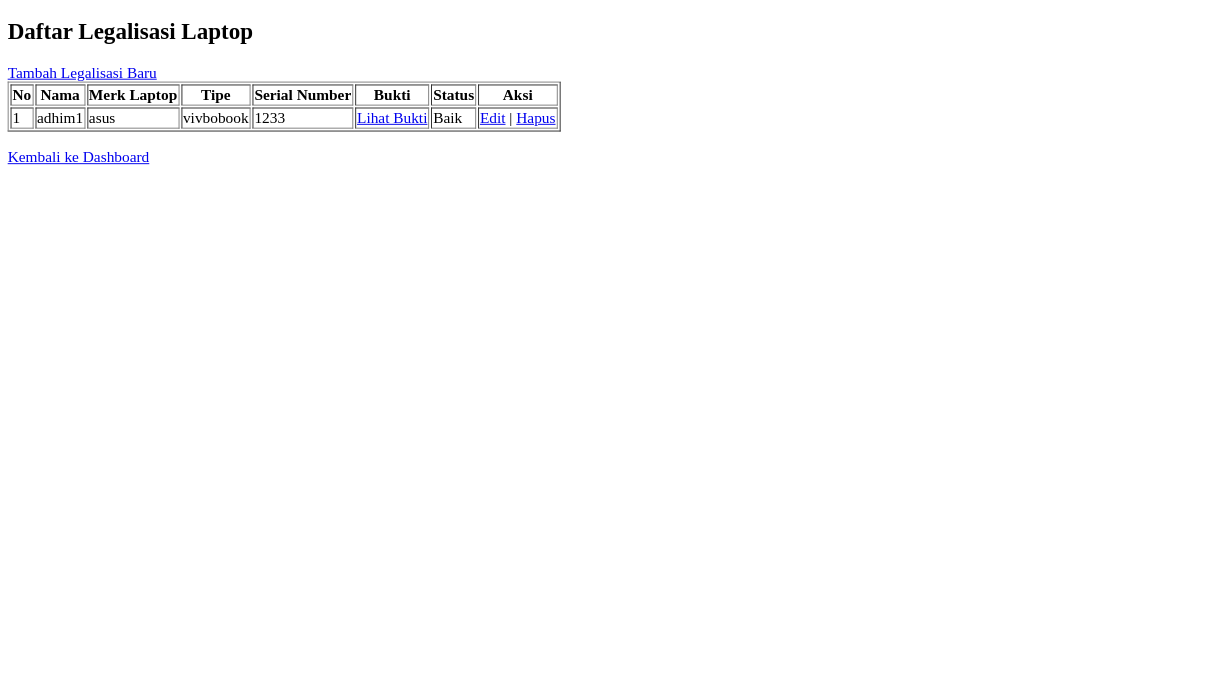
Repository: fatkquladhim/multimedia_app
Page: http://localhost/admin/legalisasi laptop/legalisasi_list.php
The author's editor kept a copy of each file at every save. The page is drawn from the files as they stood at one save, then again after the next save.
The browser window is 1280 px wide. The pictures show the whole page, at 96% of full size.
Some web libraries are served in a nearby version. The page is run by PHP 8.4 with error messages shown; the project is at /var/www/html/. The session is filled in as if someone had signed in: {"user_id": 2, "username": "asep", "role": "admin"}. Other server files are loaded and not shown. The database holds what the project's SQL file puts in it.

Above is the page before, as saved 2025-07-18 23:00:13.

### admin/legalisasi laptop/legalisasi_list.php
<?php
session_start();
if (!isset($_SESSION['user_id']) || $_SESSION['role'] !== 'admin') {
    header('Location: ../../auth/login.php');
    exit;
}

require_once '../../includes/db_config.php';
$conn = new mysqli(DB_HOST, DB_USER, DB_PASS, DB_NAME);

// Ambil daftar legalisasi
$query = "SELECT l.*, a.nama
          FROM legalisasi_laptop l
          LEFT JOIN anggota a ON l.id_anggota = a.id
          ORDER BY l.id DESC";
$result = $conn->query($query);
?>

<!DOCTYPE html>
<html>
<head>
    <title>Daftar Legalisasi Laptop</title>
</head>
<body>
    <h2>Daftar Legalisasi Laptop</h2>

    <a href="legalisasi_create.php" class="btn-tambah">Tambah Legalisasi Baru</a>

    <?php
    if (isset($_GET['status']) && isset($_GET['message'])) {
        echo "<div class='alert'>" . htmlspecialchars($_GET['message']) . "</div>";
    }
    ?>

    <table border="1">
        <thead>
            <tr>
                <th>No</th>
                <th>Nama</th>
                <th>Merk Laptop</th>
                <th>Tipe</th>
                <th>Serial Number</th>
                <th>Bukti</th>
                <th>Status</th>
                <th>Aksi</th>
            </tr>
        </thead>
        <tbody>
            <?php
            $no = 1;
            while($row = $result->fetch_assoc()):
            ?>
            <tr>
                <td><?php echo $no++; ?></td>
                <td><?php echo htmlspecialchars($row['nama']); ?></td>
                <td><?php echo htmlspecialchars($row['merk']); ?></td>
                <td><?php echo htmlspecialchars($row['tipe']); ?></td>
                <td><?php echo htmlspecialchars($row['serial_number']); ?></td>
                <td>
                    <?php if($row['file_bukti']): ?>
                        <a href="../../uploads/legalisasi/<?php echo $row['file_bukti']; ?>" target="_blank">
                            Lihat Bukti
                        </a>
                    <?php else: ?>
                        Tidak ada bukti
                    <?php endif; ?>
                </td>
                <td><?php echo htmlspecialchars($row['status']); ?></td>
                <td>
                    <a href="legalisasi_edit.php?id=<?php echo $row['id']; ?>">Edit</a> |
                    <a href="legalisasi_hapus.php?id=<?php echo $row['id']; ?>" onclick="return confirm('Yakin ingin menghapus legalisasi ini?')">Hapus</a>
                </td>
            </tr>
            <?php endwhile; ?>
        </tbody>
    </table>

    <br>
    <a href="../dashboard.php">Kembali ke Dashboard</a>
</body>
</html>

<?php $conn->close(); ?>

### includes/db_config.php
<?php
// Konfigurasi database
define('DB_HOST', 'localhost');
define('DB_USER', 'root'); // ganti jika user database Anda berbeda
define('DB_PASS', '');     // ganti jika ada password database
define('DB_NAME', 'db_multimedia'); // nama database
?>

### db_multimedia (2).sql (the tables this page reads)
CREATE TABLE `anggota` (
  `id` int(11) NOT NULL,
  `nama` varchar(255) NOT NULL,
  `foto` varchar(255) NOT NULL,
  `alamat` text NOT NULL,
  `email` varchar(255) NOT NULL,
  `no_hp` varchar(15) NOT NULL,
  `id_user` int(11) NOT NULL
) ENGINE=InnoDB DEFAULT CHARSET=utf8mb4 COLLATE=utf8mb4_general_ci;

INSERT INTO `anggota` (`id`, `nama`, `foto`, `alamat`, `email`, `no_hp`, `id_user`) VALUES
(21, 'adhim1', 'Feed IG Zapen (Harlah).jpg', 'maloang', 'fatquladhim@gmail.com', '8925489', 21);

ALTER TABLE `anggota`
  ADD PRIMARY KEY (`id`),
  ADD KEY `id_user` (`id_user`);

ALTER TABLE `anggota`
  MODIFY `id` int(11) NOT NULL AUTO_INCREMENT, AUTO_INCREMENT=23;

ALTER TABLE `anggota`
  ADD CONSTRAINT `anggota_ibfk_1` FOREIGN KEY (`id_user`) REFERENCES `users` (`id`) ON DELETE CASCADE;

CREATE TABLE `legalisasi_laptop` (
  `id` int(11) NOT NULL,
  `id_anggota` int(11) NOT NULL,
  `merk` varchar(100) NOT NULL,
  `tipe` varchar(100) NOT NULL,
  `serial_number` varchar(100) NOT NULL,
  `status` enum('Baik','Rusak','Perlu Perbaikan') NOT NULL,
  `file_bukti` varchar(255) DEFAULT NULL,
  `created_at` timestamp NOT NULL DEFAULT current_timestamp(),
  `updated_at` timestamp NOT NULL DEFAULT current_timestamp() ON UPDATE current_timestamp()
) ENGINE=InnoDB DEFAULT CHARSET=utf8mb4 COLLATE=utf8mb4_general_ci;

INSERT INTO `legalisasi_laptop` (`id`, `id_anggota`, `merk`, `tipe`, `serial_number`, `status`, `file_bukti`, `created_at`, `updated_at`) VALUES
(1, 21, 'asus', 'vivbobook', '1233', 'Baik', '68751c74803cd.png', '2025-07-14 15:04:20', '2025-07-14 15:56:16');

ALTER TABLE `legalisasi_laptop`
  ADD PRIMARY KEY (`id`),
  ADD UNIQUE KEY `serial_number` (`serial_number`),
  ADD KEY `id_anggota` (`id_anggota`);

ALTER TABLE `legalisasi_laptop`
  MODIFY `id` int(11) NOT NULL AUTO_INCREMENT, AUTO_INCREMENT=4;

ALTER TABLE `legalisasi_laptop`
  ADD CONSTRAINT `legalisasi_laptop_ibfk_1` FOREIGN KEY (`id_anggota`) REFERENCES `anggota` (`id`) ON DELETE CASCADE ON UPDATE CASCADE;

### admin/header.php
    <?php
    // includes/header.php
    // Pastikan session sudah dimulai di file yang meng-include ini
    ?>
    <!DOCTYPE html>
    <html lang="en">
    <head>
        <meta charset="UTF-8">
        <meta name="viewport" content="width=device-width, initial-scale=1.0">
        <title>Admin Dashboard</title> <!-- Sesuaikan judul per halaman -->
        <script src="https://cdn.tailwindcss.com"></script>
        <link href="https://cdnjs.cloudflare.com/ajax/libs/font-awesome/6.0.0/css/all.min.css" rel="stylesheet">
        <script>
            tailwind.config = {
                darkMode: 'class',
                theme: {
                    extend: {
                        colors: {
                            'light-blue': {
                                50: '#f0f9ff',
                                100: '#e0f2fe',
                                200: '#bae6fd',
                                300: '#7dd3fc',
                                400: '#38bdf8',
                                500: '#0ea5e9',
                                600: '#0284c7',
                                700: '#0369a1',
                                800: '#075985',
                                900: '#0c4a6e'
                            }
                        }
                    }
                }
            }
        </script>
        <style>
            /* Styles from dashboard.php */
            .sidebar {
                transition: all 0.4s cubic-bezier(0.4, 0, 0.2, 1);
            }
            .main-content-area {
                transition: all 0.4s cubic-bezier(0.4, 0, 0.2, 1);
            }
            .sidebar-nav-item {
                transition: all 0.3s ease-in-out;
            }
            .dark-mode-transition {
                transition: background-color 0.3s ease, color 0.3s ease;
            }
            .gradient-bg {
                background: linear-gradient(135deg, #e0f2fe 0%, #bae6fd 100%);
            }
            .dark .gradient-bg {
                background: linear-gradient(135deg, #1e293b 0%, #334155 100%);
            }
            .glass-effect {
                backdrop-filter: blur(10px);
                background: rgba(255, 255, 255, 0.9);
            }
            .dark .glass-effect {
                background: rgba(30, 41, 59, 0.9);
            }
            .hover-scale {
                transition: transform 0.2s ease;
            }
            .hover-scale:hover {
                transform: scale(1.02);
            }
            .animate-fade-in {
                animation: fadeIn 0.5s ease-in-out;
            }
            @keyframes fadeIn {
                from {
                    opacity: 0;
                    transform: translateY(10px);
                }
                to {
                    opacity: 1;
                    transform: translateY(0);
                }
            }
            .mobile-menu {
                transform: translateX(-100%);
                transition: transform 0.3s ease;
            }
            .mobile-menu.active {
                transform: translateX(0);
            }
            @media (max-width: 768px) {
                .sidebar {
                    position: fixed;
                    top: 0;
                    left: 0;
                    height: 100vh;
                    z-index: 50;
                    transform: translateX(-100%);
                }
                .sidebar.active {
                    transform: translateX(0);
                }
                .sidebar-overlay {
                    position: fixed;
                    top: 0;
                    left: 0;
                    width: 100%;
                    height: 100%;
                    background: rgba(0, 0, 0, 0.5);
                    z-index: 40;
                    opacity: 0;
                    visibility: hidden;
                    transition: all 0.3s ease;
                }
                .sidebar-overlay.active {
                    opacity: 1;
                    visibility: visible;
                }
            }
            /* Specific styles for forms/tables if needed */
            table { width: 100%; border-collapse: collapse; margin-top: 20px; }
            th, td { padding: 8px; border: 1px solid #ddd; text-align: left; }
            th { background-color: #f2f2f2; }
            .alert { padding: 10px; margin-bottom: 15px; border-radius: 4px; }
            .alert-success { background-color: #d4edda; color: #155724; border: 1px solid #c3e6cb; }
            .alert-error, .alert-danger { background-color: #f8d7da; color: #721c24; border: 1px solid #f5c6cb; }
            .form-group { margin-bottom: 10px; }
            input[type="text"], input[type="email"], input[type="password"], input[type="number"], input[type="date"], input[type="time"], select, textarea {
                width: 100%; max-width: 300px; padding: 8px; border: 1px solid #ccc; border-radius: 4px; box-sizing: border-box;
            }
            button { padding: 10px 15px; background-color: #0ea5e9; color: white; border: none; border-radius: 4px; cursor: pointer; }
            button:hover { background-color: #0284c7; }
            a { text-decoration: none; color: #007bff; }
            a:hover { text-decoration: underline; }
        </style>
    </head>
    <body class="gradient-bg dark-mode-transition">
        <div id="sidebarOverlay" class="sidebar-overlay md:hidden"></div>
        <div class="min-h-screen flex">
            <!-- Sidebar -->
            <?php include 'sidebar.php'; ?>
            <!-- Main Content Area -->
            <div id="mainContentArea" class="flex-1 flex flex-col main-content-area">
                <!-- Header -->
                <header class="bg-white dark:bg-slate-800 shadow-sm p-4 md:p-6 glass-effect">
                    <div class="flex items-center justify-between">
                        <div class="flex items-center space-x-4">
                            <button id="mobileMenuToggle" class="md:hidden p-2 text-gray-600 dark:text-gray-300 hover:text-gray-800 dark:hover:text-white focus:outline-none">
                                <i class="fas fa-bars text-xl"></i>
                            </button>
                            <button id="sidebarToggle" class="hidden md:block p-2 text-gray-600 dark:text-gray-300 hover:text-gray-800 dark:hover:text-white focus:outline-none">
                                <i class="fas fa-bars text-xl"></i>
                            </button>
                            <div class="hidden md:block">
                                <h1 class="text-xl md:text-2xl font-bold text-gray-800 dark:text-white">
                                    <?php echo basename($_SERVER['PHP_SELF'], '.php'); ?> <!-- Dynamic title -->
                                </h1>
                            </div>
                        </div>
                        <div class="flex items-center space-x-2 md:space-x-4">
                            <button id="darkModeToggle" class="p-2 text-gray-600 dark:text-gray-300 hover:text-gray-800 dark:hover:text-white focus:outline-none">
                                <i class="fas fa-moon text-xl dark:hidden"></i>
                                <i class="fas fa-sun text-xl hidden dark:block"></i>
                            </button>
                            <button class="p-2 text-gray-600 dark:text-gray-300 hover:text-gray-800 dark:hover:text-white">
                                <i class="fas fa-bell text-xl"></i>
                            </button>
                            <div class="w-8 h-8 md:w-10 md:h-10 bg-light-blue-300 rounded-full overflow-hidden">
                                <img src="https://via.placeholder.com/40x40" alt="Profile" class="w-full h-full object-cover">
                            </div>
                        </div>
                    </div>
                </header>
                <main class="flex-1 p-4 md:p-6">

### admin/sidebar.php
    <?php
    // includes/sidebar.php
    // Pastikan session sudah dimulai di file yang meng-include ini
    // if (!isset($_SESSION['user_id']) || $_SESSION['role'] !== 'admin') {
    //     header('Location: ../auth/login.php');
    //     exit;
    // }
    ?>
    <div id="sidebar" class="w-64 bg-white dark:bg-slate-800 shadow-xl flex-shrink-0 sidebar transition-all duration-300 overflow-hidden glass-effect">
        <div class="p-4 flex items-center justify-between border-b border-light-blue-100 dark:border-slate-700">
            <div class="flex items-center space-x-3">
                <div class="w-10 h-10 bg-light-blue-500 rounded-lg flex items-center justify-center">
                    <i class="fas fa-home text-white text-xl"></i>
                </div>
                <h1 class="text-xl font-bold text-gray-800 dark:text-white">Multimedia</h1>
            </div>
            <button id="closeSidebar" class="md:hidden p-2 text-gray-500 hover:text-gray-700 dark:text-gray-400 dark:hover:text-gray-200">
                <i class="fas fa-times"></i>
            </button>
        </div>

        <nav class="mt-6 px-4">
            <div class="space-y-2">
                <a href="../dashboard.php" class="flex items-center px-4 py-3 text-light-blue-600 bg-light-blue-50 dark:bg-light-blue-900 dark:text-light-blue-300 rounded-lg sidebar-nav-item hover-scale">
                    <i class="fas fa-tachometer-alt w-5 h-5 mr-3"></i>
                    <span class="font-medium">Dashboard</span>
                </a>

                <a href="../anggota/anggota.php" class="flex items-center px-4 py-3 text-gray-600 dark:text-gray-300 hover:text-light-blue-600 dark:hover:text-light-blue-400 hover:bg-light-blue-50 dark:hover:bg-slate-700 rounded-lg sidebar-nav-item hover-scale">
                    <i class="fas fa-users w-5 h-5 mr-3"></i>
                    <span class="font-medium">Manajemen Anggota</span>
                </a>

                <a href="../daftar alat/daftar-alat.php" class="flex items-center px-4 py-3 text-gray-600 dark:text-gray-300 hover:text-light-blue-600 dark:hover:text-light-blue-400 hover:bg-light-blue-50 dark:hover:bg-slate-700 rounded-lg sidebar-nav-item hover-scale">
                    <i class="fas fa-tools w-5 h-5 mr-3"></i>
                    <span class="font-medium">Manajemen Alat</span>
                </a>

                <a href="../peminjaman/peminjaman-barang.php" class="flex items-center px-4 py-3 text-gray-600 dark:text-gray-300 hover:text-light-blue-600 dark:hover:text-light-blue-400 hover:bg-light-blue-50 dark:hover:bg-slate-700 rounded-lg sidebar-nav-item hover-scale">
                    <i class="fas fa-handshake w-5 h-5 mr-3"></i>
                    <span class="font-medium">Peminjaman Barang</span>
                </a>

                <a href="../penyewaan/penyewaan-barang.php" class="flex items-center px-4 py-3 text-gray-600 dark:text-gray-300 hover:text-light-blue-600 dark:hover:text-light-blue-400 hover:bg-light-blue-50 dark:hover:bg-slate-700 rounded-lg sidebar-nav-item hover-scale">
                    <i class="fas fa-cash-register w-5 h-5 mr-3"></i>
                    <span class="font-medium">Penyewaan Barang</span>
                </a>

                <a href="../legalisasi laptop/legalisasi_list.php" class="flex items-center px-4 py-3 text-gray-600 dark:text-gray-300 hover:text-light-blue-600 dark:hover:text-light-blue-400 hover:bg-light-blue-50 dark:hover:bg-slate-700 rounded-lg sidebar-nav-item hover-scale">
                    <i class="fas fa-laptop w-5 h-5 mr-3"></i>
                    <span class="font-medium">Legalisasi Laptop</span>
                </a>
            </div>

            <div class="mt-8 mb-4">
                <h3 class="px-4 text-xs font-semibold text-gray-500 dark:text-gray-400 uppercase tracking-wider">
                    Tugas & Izin
                </h3>
            </div>

            <div class="space-y-2">
                <a href="../beri tugas/beri_tugas_form.php" class="flex items-center px-4 py-3 text-gray-600 dark:text-gray-300 hover:text-light-blue-600 dark:hover:text-light-blue-400 hover:bg-light-blue-50 dark:hover:bg-slate-700 rounded-lg sidebar-nav-item hover-scale">
                    <i class="fas fa-clipboard-list w-5 h-5 mr-3"></i>
                    <span class="font-medium">Beri Tugas</span>
                </a>

                <a href="../beri tugas/tugas_selesai_riwayat.php" class="flex items-center px-4 py-3 text-gray-600 dark:text-gray-300 hover:text-light-blue-600 dark:hover:text-light-blue-400 hover:bg-light-blue-50 dark:hover:bg-slate-700 rounded-lg sidebar-nav-item hover-scale">
                    <i class="fas fa-check-double w-5 h-5 mr-3"></i>
                    <span class="font-medium">Riwayat Tugas</span>
                </a>

                <a href="../izin_malam/izin-malam.php" class="flex items-center px-4 py-3 text-gray-600 dark:text-gray-300 hover:text-light-blue-600 dark:hover:text-light-blue-400 hover:bg-light-blue-50 dark:hover:bg-slate-700 rounded-lg sidebar-nav-item hover-scale">
                    <i class="fas fa-moon w-5 h-5 mr-3"></i>
                    <span class="font-medium">Izin Malam</span>
                </a>

                <a href="../izin_nugas/izin-nugas.php" class="flex items-center px-4 py-3 text-gray-600 dark:text-gray-300 hover:text-light-blue-600 dark:hover:text-light-blue-400 hover:bg-light-blue-50 dark:hover:bg-slate-700 rounded-lg sidebar-nav-item hover-scale">
                    <i class="fas fa-book-open w-5 h-5 mr-3"></i>
                    <span class="font-medium">Izin Nugas</span>
                </a>
            </div>

            <div class="mt-8 mb-4">
                <h3 class="px-4 text-xs font-semibold text-gray-500 dark:text-gray-400 uppercase tracking-wider">
                    Keuangan
                </h3>
            </div>

            <div class="space-y-2">
                <a href="../uang masuk/masuk.php" class="flex items-center px-4 py-3 text-gray-600 dark:text-gray-300 hover:text-light-blue-600 dark:hover:text-light-blue-400 hover:bg-light-blue-50 dark:hover:bg-slate-700 rounded-lg sidebar-nav-item hover-scale">
                    <i class="fas fa-money-bill-alt w-5 h-5 mr-3"></i>
                    <span class="font-medium">Uang Masuk</span>
                </a>

                <a href="../uang keluar/keluar.php" class="flex items-center px-4 py-3 text-gray-600 dark:text-gray-300 hover:text-light-blue-600 dark:hover:text-light-blue-400 hover:bg-light-blue-50 dark:hover:bg-slate-700 rounded-lg sidebar-nav-item hover-scale">
                    <i class="fas fa-money-bill-wave w-5 h-5 mr-3"></i>
                    <span class="font-medium">Uang Keluar</span>
                </a>
            </div>

            <div class="mt-8 mb-4">
                <h3 class="px-4 text-xs font-semibold text-gray-500 dark:text-gray-400 uppercase tracking-wider">
                    Akun
                </h3>
            </div>

            <div class="space-y-2">
                <a href="../auth/logout.php" class="flex items-center px-4 py-3 text-red-600 dark:text-red-400 hover:text-red-700 dark:hover:text-red-300 hover:bg-red-50 dark:hover:bg-red-900 rounded-lg sidebar-nav-item hover-scale">
                    <i class="fas fa-sign-out-alt w-5 h-5 mr-3"></i>
                    <span class="font-medium">Logout</span>
                </a>
            </div>
        </nav>
    </div>

After the next save:
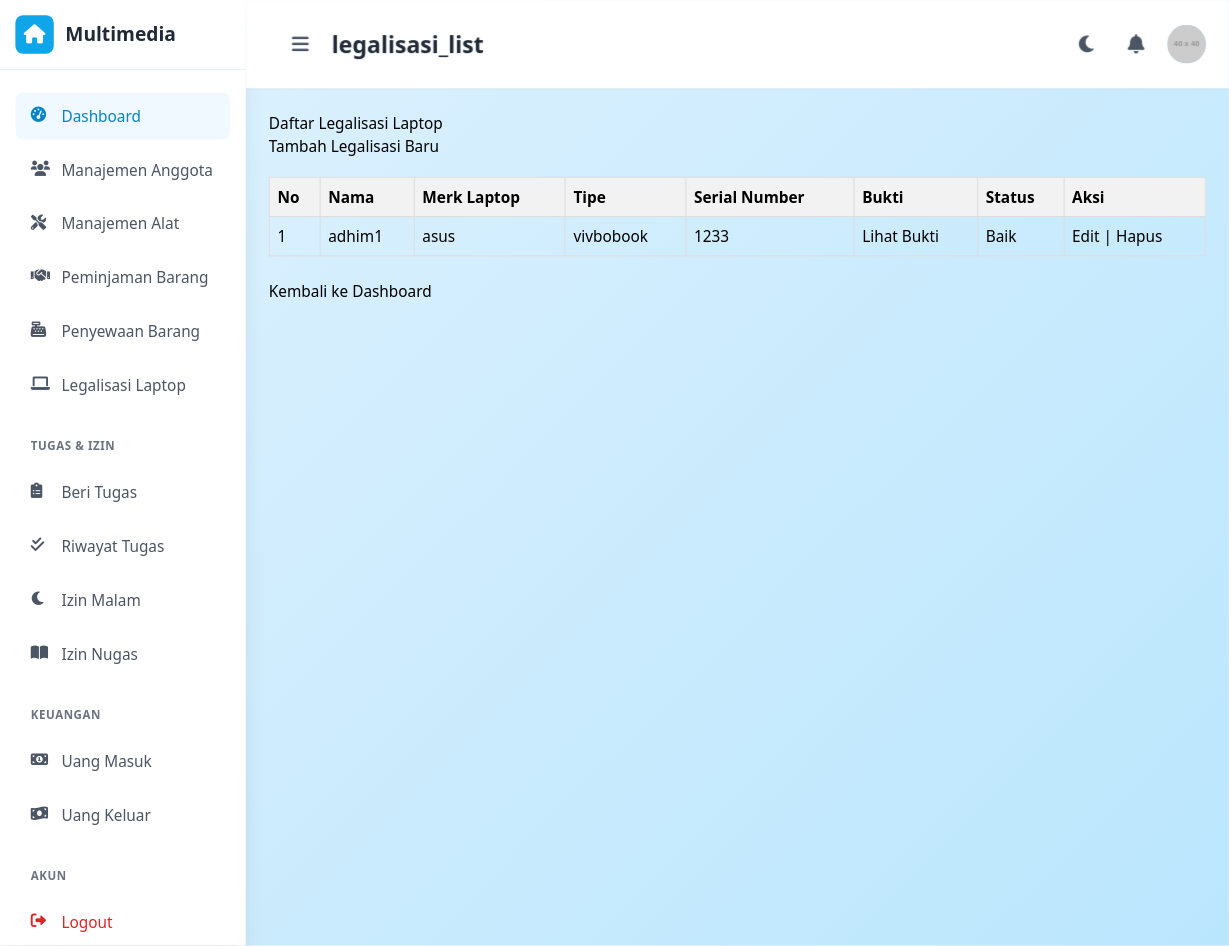
Saved 10 s later.
--- a/admin/legalisasi laptop/legalisasi_list.php
+++ b/admin/legalisasi laptop/legalisasi_list.php
@@ -14,13 +14,9 @@ $query = "SELECT l.*, a.nama
           LEFT JOIN anggota a ON l.id_anggota = a.id
           ORDER BY l.id DESC";
 $result = $conn->query($query);
+include '../header.php'; // Path relatif dari 'anggota/'
 ?>
 
-<!DOCTYPE html>
-<html>
-<head>
-    <title>Daftar Legalisasi Laptop</title>
-</head>
 <body>
     <h2>Daftar Legalisasi Laptop</h2>
 
